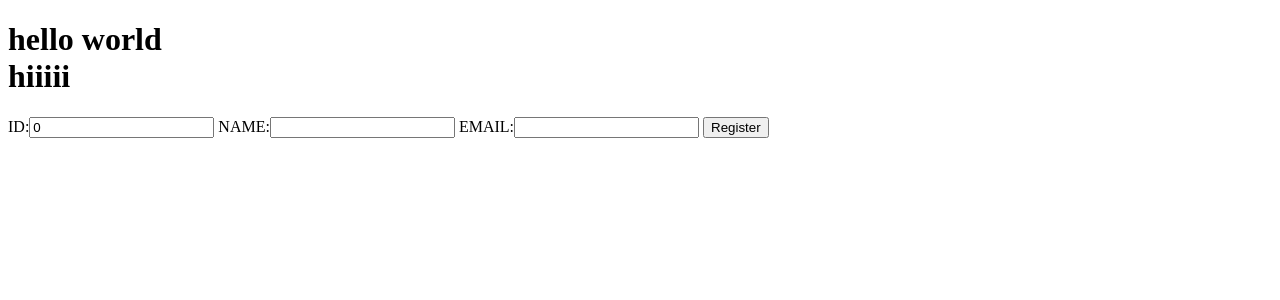
Repository: poornimakole/PRJS
Page: http://localhost/SpringMVC/
These files come from the project's save history. The page is drawn as it stood at one moment and after the next save; the edit follows.
The browser window is 1280 px wide. The pictures show the whole page.
The page is served by Tomcat 9.

Above is the page before, as saved 2017-12-15 08:42:37.

After the next save:
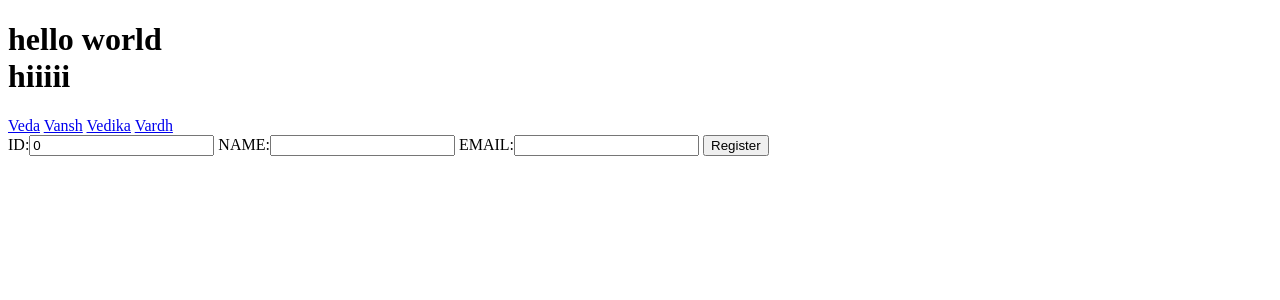
Saved 3 min 5 s later.
--- a/Spring/SpringMVC/WebContent/WEB-INF/pages/home.jsp
+++ b/Spring/SpringMVC/WebContent/WEB-INF/pages/home.jsp
@@ -10,10 +10,10 @@
 </head>
 <body>
    <h1>hello world<br>${message}</h1>
-<!--    <a href="http://localhost:8080/SpringMVC/veda?dept=abc">Veda</a> -->
-<!--    <a href="http://localhost:8080/SpringMVC/vansh?dept=xyz">Vansh</a> -->
-<!--    <a href="http://localhost:8080/SpringMVC/vedika?dept=pqr">Vedika</a> -->
-<!--    <a href="http://localhost:8080/SpringMVC/vardh">Vardh</a> -->
+   <a href="http://localhost:8080/SpringMVC/veda?dept=abc">Veda</a>
+   <a href="http://localhost:8080/SpringMVC/vansh?dept=xyz">Vansh</a>
+   <a href="http://localhost:8080/SpringMVC/vedika?dept=pqr">Vedika</a>
+   <a href="http://localhost:8080/SpringMVC/vardh">Vardh</a>
 
     <sf:form modelAttribute="employee" method="POST">
      ID:<sf:input path="id"/>
